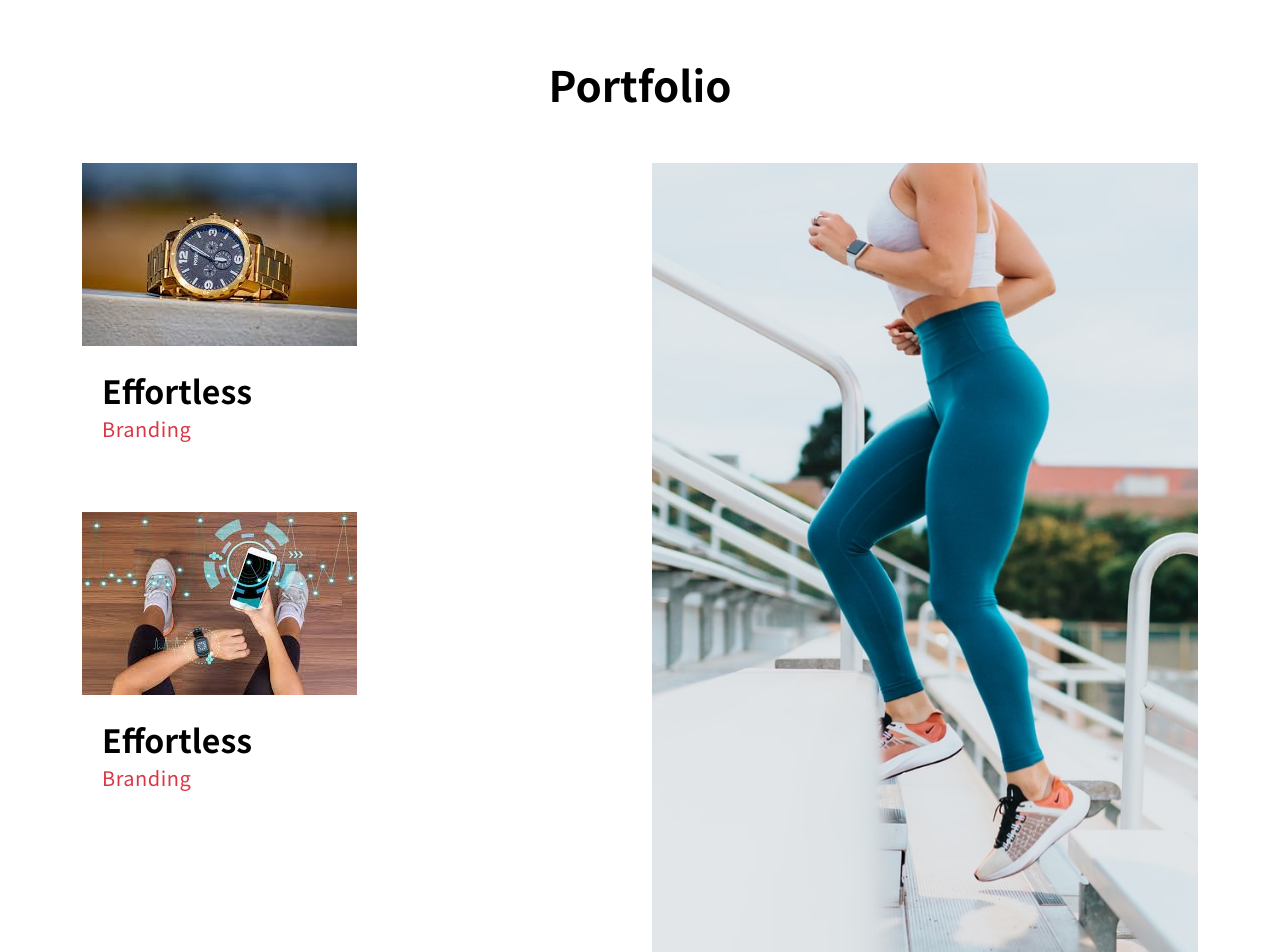
Repository: maqsudov0371/homework
Page: http://localhost/
These files come from the project's save history. The page is drawn as it stood at one moment and after the next save; the edit follows.
The browser window is 1280 px wide. The pictures show the part of the page from y = 856 to 1808 px (the page is 4461 px tall).
The page is served by the project's application, run on Django 5.2 (manage.py). Other server files are loaded and not shown. The page reads the database file committed with the project.

Above is the page before, as saved 2024-07-13 15:02:54.

### templates/watches.html
<!doctype html>
<html lang="en">
    {% load static %}
    <head>
        <meta charset="utf-8">
        <meta name="viewport" content="width=device-width, initial-scale=1">

        <meta name="description" content="">
        <meta name="author" content="">

        <!-- <title>Nomad Force HTML Bootstrap 5 Template</title> -->

        <!-- CSS FILES -->
        <link rel="preconnect" href="https://fonts.googleapis.com">

        <link rel="preconnect" href="https://fonts.gstatic.com" crossorigin>

        <link href="https://fonts.googleapis.com/css2?family=Noto+Sans+JP:wght@100;300;400;700;900&display=swap" rel="stylesheet">

        <link href="{% static 'css/bootstrap.min.css' %}" rel="stylesheet">
        <link href="{% static 'css/bootstrap-icons.css' %}" rel="stylesheet">

        <link rel="stylesheet" href="{% static 'css/magnific-popup.css' %} ">

        <link href="{% static 'css/aos.css' %}" rel="stylesheet">

        <link href="{% static 'css/templatemo-nomad-force.css' %}" rel="stylesheet">
<!--

TemplateMo 567 Nomad Force

https://templatemo.com/tm-567-nomad-force

-->
    </head>

    <body>

        <main>

            <section class="hero" id="hero">
                <div class="heroText">
                    <h1 class="text-white mt-5 mb-lg-4" data-aos="zoom-in" data-aos-delay="800">
                        Trend WAtches
                    </h1>

                    <p class="text-secondary-white-color" data-aos="fade-up" data-aos-delay="1000">
                        create a great video for your website
                    </p>
                </div>

                <div class="videoWrapper">
                    <video autoplay="" loop="" muted="" class="custom-video" poster="{static 'videos/814dc43e870597176cad645798825c03.mp4'}">
                        <source src="{% static 'videos/814dc43e870597176cad645798825c03.mp4' %}" type="video/mp4">

                        Your browser does not support the video tag.
                    </video>
                </div>

                <div class="overlay"></div>
            </section>

            <nav class="navbar navbar-expand-lg bg-light shadow-lg">
                <div class="container">
                    <a class="navbar-brand" href="index.html">
                        <strong>Nomad Force</strong>
                    </a>

                    <button class="navbar-toggler" type="button" data-bs-toggle="collapse" data-bs-target="#navbarNav" aria-controls="navbarNav" aria-expanded="false" aria-label="Toggle navigation">
                        <span class="navbar-toggler-icon"></span>
                    </button>

                    <div class="collapse navbar-collapse" id="navbarNav">
                        <ul class="navbar-nav mx-auto">
                            <li class="nav-item active">
                                <a class="nav-link" href="#hero">Home</a>
                            </li>

                            <li class="nav-item">
                                <a class="nav-link" href="#about">Our Studio</a>
                            </li>

                            <li class="nav-item">
                                <a class="nav-link" href="#portfolio">Portfolio</a>
                            </li>

                            <li class="nav-item">
                                <a class="nav-link" href="#news">News & Events</a>
                            </li>

                            <li class="nav-item">
                                <a class="nav-link" href="#contact">Contact Us</a>
                            </li>
                        </ul>
                    </div>
                </div>
            </nav>


            <section class="section-padding" id="portfolio">
                <div class="container">
                    <div class="row">

                        <div class="col-12">
                            <h2 class="mb-5 text-center" data-aos="fade-up">Portfolio</h2>
                        </div>



                        <div class="col-lg-6 col-12">
                            {% for item in post %}
                            <div class="portfolio-thumb mb-5" data-aos="fade-up">
                                <a href="{% static 'images/portfolio/visuals-Y4qzW3AsvqI-unsplash.jpeg' %}" class="image-popup">
                                    <img src="{{ item.img.url }}" class="img-fluid portfolio-image" alt="">
                                </a>

                                <div class="portfolio-info">
                                    <h4 class="portfolio-title mb-0">Effortless</h4>

                                    <p class="text-danger">Branding</p>
                                </div>
                            </div>
                            {% endfor %}

                        </div>

                        <div class="col-lg-6 col-12">
                            <div class="portfolio-thumb mt-5 mt-lg-0 mb-5" data-aos="fade-up">
                                <a href="{% static 'images/portfolio/tyler-nix-Y1drF0Y3Oe0-unsplash.jpeg' %}" class="image-popup">
                                    <img src="{% static 'images/portfolio/tyler-nix-Y1drF0Y3Oe0-unsplash.jpeg'%}" class="img-fluid portfolio-image" alt="">
                                </a>

                                <div class="portfolio-info">
                                    <h4 class="portfolio-title mb-0">Maki</h4>

                                    <p class="text-warning">Website</p>
                                </div>
                            </div>

                    </div>
                </div>
            </section>

            <section class="news section-padding" id="news">
                <div class="container">
                    <div class="row">

                        <div class="col-12">
                            <h2 class="mb-5 text-center" data-aos="fade-up">News & Events</h2>
                        </div>

                        <div class="col-lg-6 col-12 mb-5 mb-lg-0">
                            <div class="news-thumb" data-aos="fade-up">
                                <a href="news-detail.html" class="news-image-hover news-image-hover-warning">
                                    <img src="{% static 'images/news/caroline-lm-uqveD8dYPUM-unsplash.jpg'%}" class="img-fluid large-news-image news-image" alt="">
                                </a>

                                <div class="news-category bg-warning text-white">News</div>

                                <div class="news-text-info">
                                    <h5 class="news-title">
                                        <a href="news-detail.html" class="news-title-link">The rise of the gig economy spells the end for these workers the old system</a>
                                    </h5>

                                    <span class="text-muted">22 hours ago</span>
                                </div>
                            </div>
                        </div>

                        <div class="col-lg-6 col-12">
                            <div class="news-thumb news-two-column d-flex flex-column flex-lg-row" data-aos="fade-up">
                                <div class="news-top w-100">

                                    <a href="news-detail.html" class="news-image-hover news-image-hover-primary">
                                        <img src="{% static 'images/news/jean-philippe-delberghe-MmanXAs1sKw-unsplash.jpeg' %}" class="img-fluid news-image" alt="">
                                    </a>

                                    <div class="news-category bg-primary text-white">Events</div>
                                </div>

                                <div class="news-bottom w-100">
                                    <div class="news-text-info">
                                        <h5 class="news-title">
                                            <a href="news-detail.html" class="news-title-link">Job Opportunities: Digital, Marketing</a>
                                        </h5>

                                        <div class="d-flex flex-wrap">
                                            <span class="text-muted me-2">
                                                <i class="bi-geo-alt-fill me-1 mb-2 mb-lg-0"></i>
                                                Alaska,
                                            </span>

                                            <span class="text-muted">August 6, 2021</span>
                                        </div>
                                    </div>
                                </div>
                            </div>

                            <div class="news-thumb news-two-column d-flex flex-column flex-lg-row" data-aos="fade-up">
                                <div class="news-top w-100" data-aos="fade-up">

                                    <a href="news-detail.html" class="news-image-hover news-image-hover-success">
                                        <img src="{% static 'images/news/maria-stewart-p4tj0g-_aMM-unsplash.jpeg' %}" class="img-fluid news-image" alt="">
                                    </a>

                                    <div class="news-category bg-success text-white">News</div>
                                </div>

                                <div class="news-bottom w-100">
                                    <div class="news-text-info">
                                        <h5 class="news-title">
                                            <a href="news-detail.html" class="news-title-link">What happened to new viral video?</a>
                                        </h5>

                                        <span class="text-muted">6 days ago</span>
                                    </div>
                                </div>
                            </div>
                        </div>

                    </div>
                </div>
            </section>

            <section class=" contact section-padding" id="contact">
                <div class="container">
                    <div class="row">

                        <div class="col-lg-7 col-12 mx-auto">

                            <h2 class="mb-4 text-center" data-aos="fade-up">Dont' be shy, write to us</h2>

                            <form action="#" method="post" class="contact-form" role="form" data-aos="fade-up">

                                <div class="row">

                                    <div class="col-lg-6 col-6">
                                        <label for="name" class="form-label">Name <sup class="text-danger">*</sup></label>

                                        <input type="text" name="name" id="name" class="form-control" placeholder="Full name" required>
                                    </div>

                                    <div class="col-lg-6 col-6">
                                        <label for="email" class="form-label">Email <sup class="text-danger">*</sup></label>

                                        <input type="email" name="email" id="email" pattern="[^ @]*@[^ @]*" class="form-control" placeholder="Email address" required>
                                    </div>

                                    <div class="col-12 my-4">
                                        <label for="message" class="form-label">How can we help?</label>

                                        <textarea name="message" rows="6" class="form-control" id="message" placeholder="Tell us about the project" required></textarea>

                                    </div>
                                </div>

                                <div class="col-lg-5 col-12 mx-auto mt-5">
                                    <button type="submit" class="form-control">Send Message</button>
                                </div>
                            </form>
                        </div>

                    </div>
                </div>
            </section>

            <section class="google-map">
                <iframe src="https://maps.google.com/maps?q=Av.+L%C3%BAcio+Costa,+Rio+de+Janeiro+-+RJ,+Brazil&t=&z=13&ie=UTF8&iwloc=&output=embed" class="map-iframe" width="100%" height="400" style="border:0;" allowfullscreen="" loading="lazy"></iframe>
            </section>

        </main>

        <footer class="site-footer">
            <div class="container">
                <div class="row">

                    <div class="col-12">
                        <h5 class="text-white">
                            <i class="bi-geo-alt-fill me-2"></i>
                            State of Rio de Janeiro, Brazil
                        </h5>

                        <a href="mailto:info@company.com" class="custom-link mt-3 mb-5">
                            info@company.com
                        </a>
                    </div>

                    <div class="col-6">
                        <p class="copyright-text mb-0">Copyright © Nomad Force 2021

                        <br><br>Design: <a href="https://templatemo.com/page/1" target="_parent">TemplateMo</a></p>

                    </div>

                    <div class="col-lg-3 col-5 ms-auto">
                        <ul class="social-icon">
                            <li><a href="#" class="social-icon-link bi-facebook"></a></li>

                            <li><a href="#" class="social-icon-link bi-twitter"></a></li>

                            <li><a href="#" class="social-icon-link bi-whatsapp"></a></li>

                            <li><a href="#" class="social-icon-link bi-instagram"></a></li>

                            <li><a href="#" class="social-icon-link bi-youtube"></a></li>
                        </ul>
                    </div>

                </div>
            </section>
        </footer>

        <!-- JAVASCRIPT FILES -->
        <script src="{% static 'js/jquery.min.js' %}"></script>
        <script src="{% static 'js/bootstrap.bundle.min.js' %}"></script>
        <script src="{% static 'js/jquery.sticky.js' %}"></script>
        <script src="{% static 'js/aos.js' %}"></script>
        <script src="{% static 'js/jquery.magnific-popup.min.js' %}"></script>
        <script src="{% static 'js/magnific-popup-options.js' %}"></script>
        <script src="{% static 'js/scrollspy.min.js' %}"></script>
        <script src="{% static 'js/custom.js' %}"></script>

    </body>
</html>

### main/models.py
from django.db import models
from django.contrib.auth.models import  AbstractUser


class User(AbstractUser):
    name = models.CharField(max_length=255)
    img = models.ImageField(upload_to='avatar', null=True)
    bio = models.TextField(null=True, blank=True)

    class Meta(AbstractUser.Meta):
        swappable = 'AUTH_USER_MODEL'
        verbose_name = 'User'
        verbose_name_plural = 'Users'


class Watches(models.Model):
    author = models.ForeignKey(User, on_delete=models.CASCADE)
    title = models.CharField(max_length=255)
    body = models.TextField()
    create_at = models.DateTimeField(auto_now_add=True)

    def __str__(self) -> str:
        return self.title



class WatchImg(models.Model):
    img = models.ImageField(upload_to='watches-img/')
    watch = models.ForeignKey(Watches, on_delete=models.CASCADE)

    def __str__(self) -> str:
        return self.watch.title


class Comments(models.Model):
    author = models.ForeignKey(User, on_delete=models.CASCADE)
    watch = models.ForeignKey(Watches, on_delete=models.CASCADE)
    body = models.TextField()

    def __str__(self) -> str:
        return f"{self.author.username} to {self.watch.title}"


class Appeal(models.Model):
    author = models.ForeignKey(User, on_delete=models.CASCADE)
    full_name = models.CharField(max_length=255)
    email = models.EmailField()
    appeal = models.TextField()

    def __str__(self) -> str:
        return self.full_name

### main/views.py
from django.shortcuts import render
from . import models

def watches(request):
    posts = models.Watches.objects.all()
    for post in posts:
        post.img = models.WatchImg.objects.filter(watch__id=post.id).last().img

    context = {
        'post':posts
    }
    return render(request, 'watches.html', context)


def register_user(request):
    if request.method == 'POST':
        name = request.POST['name'],
        email = request.POST['email'],
        password = request.POST['password']

        user = models.User.objects.create(
            username = name,
            email = email,

        )
        user.set_password(password)
        user.save()

    return render(request, 'register.html')

### Watches/urls.py
"""
URL configuration for Watches project.

The `urlpatterns` list routes URLs to views. For more information please see:
    https://docs.djangoproject.com/en/5.0/topics/http/urls/
Examples:
Function views
    1. Add an import:  from my_app import views
    2. Add a URL to urlpatterns:  path('', views.home, name='home')
Class-based views
    1. Add an import:  from other_app.views import Home
    2. Add a URL to urlpatterns:  path('', Home.as_view(), name='home')
Including another URLconf
    1. Import the include() function: from django.urls import include, path
    2. Add a URL to urlpatterns:  path('blog/', include('blog.urls'))
"""
from django.contrib import admin
from django.urls import path, include
from django.conf import settings
from django.conf.urls.static import static

urlpatterns = [
    path('admin/', admin.site.urls),
    path('', include('main.urls'))
]+static(settings.MEDIA_URL, document_root=settings.MEDIA_ROOT)

### main/urls.py
from . import views
from django.urls import path

urlpatterns = [
    path('', views.watches),
    path('register-user', views.register_user, name='register_user')
]

### db.sqlite3 (the tables this page reads, as SQL)
CREATE TABLE "main_watches" ("id" integer NOT NULL PRIMARY KEY AUTOINCREMENT, "title" varchar(255) NOT NULL, "body" text NOT NULL, "create_at" datetime NOT NULL, "author_id" bigint NOT NULL REFERENCES "main_user" ("id") DEFERRABLE INITIALLY DEFERRED);
INSERT INTO "main_watches" VALUES
(1, 'watches', 'new watches', '2024-07-13 10:06:10.464310', 3),
(2, 'watch', 'new silver watch', '2024-07-13 10:32:30.214029', 2);

CREATE TABLE "main_watchimg" ("id" integer NOT NULL PRIMARY KEY AUTOINCREMENT, "img" varchar(100) NOT NULL, "watch_id" bigint NOT NULL REFERENCES "main_watches" ("id") DEFERRABLE INITIALLY DEFERRED);
INSERT INTO "main_watchimg" VALUES
(1, 'watches-img/images_tcpJJCQ.jfif', 1),
(2, 'watches-img/images_5.jfif', 2);

Loaded but not shown: static/css/bootstrap.min.css (library); static/css/bootstrap-icons.css (library); static/css/magnific-popup.css (library); static/css/aos.css (library); static/js/jquery.min.js (library); static/js/bootstrap.bundle.min.js (library); static/js/jquery.sticky.js (library); static/js/aos.js (library); static/js/jquery.magnific-popup.min.js (library); static/js/magnific-popup-options.js (common file); static/js/scrollspy.min.js (common file); static/js/custom.js (42 lines, source omitted); static/css/templatemo-nomad-force.css (722 lines, source omitted)

After the next save:
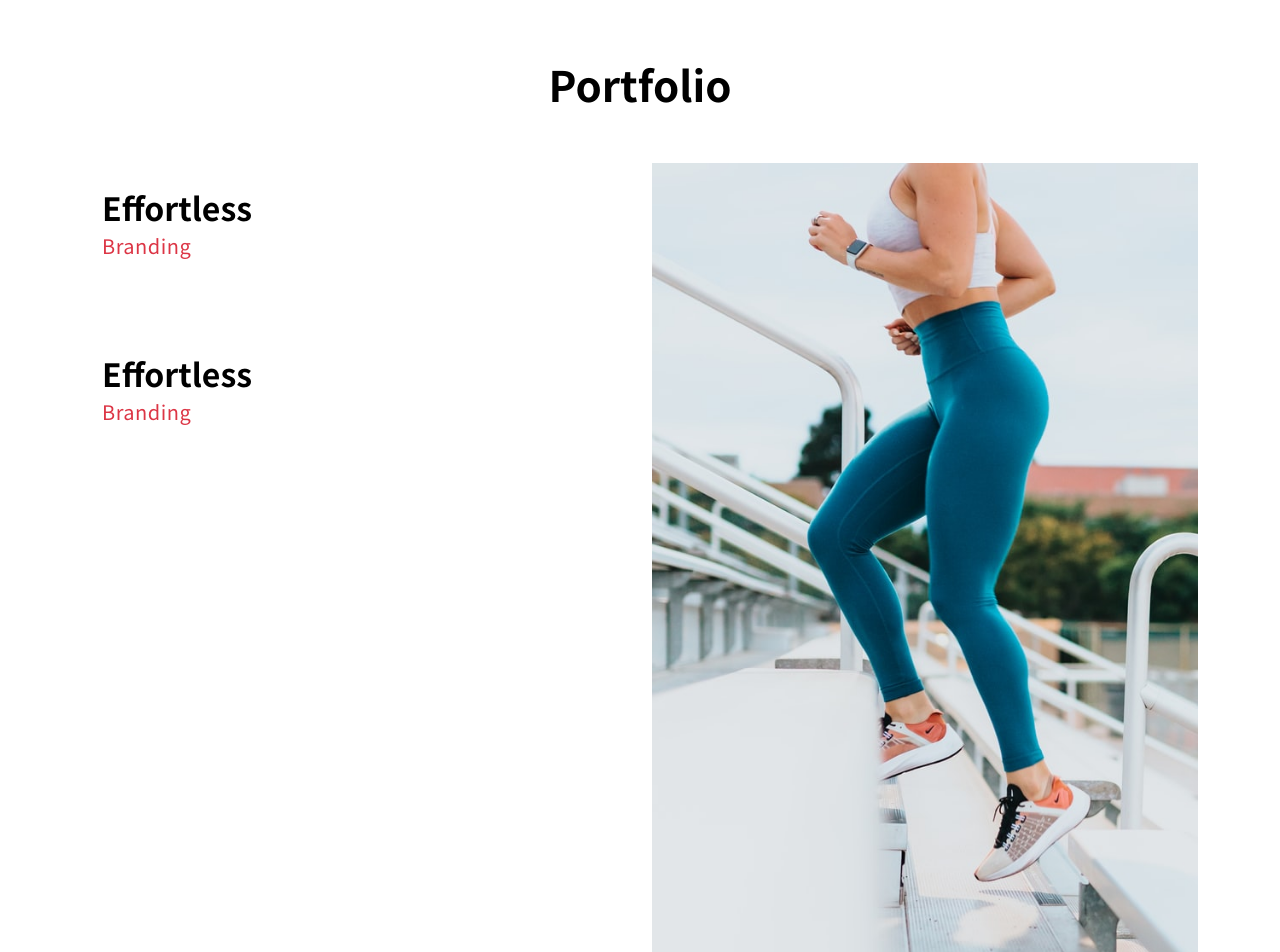
Saved 20 s later.
--- a/templates/watches.html
+++ b/templates/watches.html
@@ -111,7 +111,7 @@ https://templatemo.com/tm-567-nomad-force
                             {% for item in post %}
                             <div class="portfolio-thumb mb-5" data-aos="fade-up">
                                 <a href="{% static 'images/portfolio/visuals-Y4qzW3AsvqI-unsplash.jpeg' %}" class="image-popup">
-                                    <img src="{{ item.img.url }}" class="img-fluid portfolio-image" alt="">
+                                    <img src="{{ item.watchimg.url }}" class="img-fluid portfolio-image" alt="">
                                 </a>
 
                                 <div class="portfolio-info">
